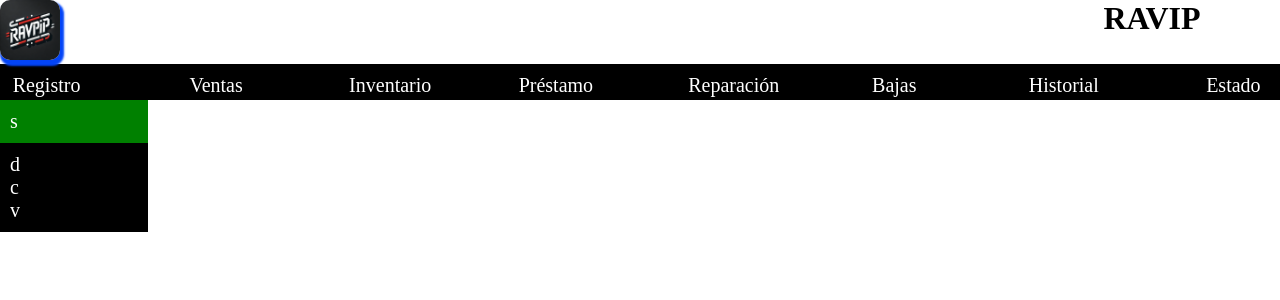
Repository: ye909/RAVPIP
Page: index.html
The author's editor kept a copy of each file at every save. The page is drawn from the files as they stood at one save, then again after the next save.
The browser window is 1280 px wide. The pictures show the whole page.

Above is the page before, as saved 2025-04-03 17:46:16.
Not found: src/js/ya

### index.html
<!DOCTYPE html>
<html lang="es">
<head>
    <meta charset="UTF-8">
    <meta name="viewport" content="width=device-width, initial-scale=1.0">
    <title>Estado</title>
    <link rel="stylesheet" href="./src/css/heder.css">
</head>
<body>

    <div class="containerTituloLogo">
        <div><img src="./src/imagenes/logo2.webp" alt="Logo" class="imglogo"></div>
        <h1>RAVIP</h1>

    </div>
    <nav>
        <ul>
            <li><a href="./src/templei/registroPortatil.html" target="_self" aria-label="Abrir Registro">Registro</a></li>
            <li><a href="./src/templei/ventasPortatil.html" target="_self" aria-label="Abrir Ventas">Ventas</a></li>
            <li><a href="">Inventario</a></li>
            <li><a href="./src/templei/prestamoPortatil.html" target="_self" aria-label="Abrir >Préstamo">Préstamo</a></li>
            <li><a href="./src/templei/reparacionPortatil.html" target="_self" aria-label="Abrir Reparación">Reparación</a></li>
            <li><a href="./src/templei/bajasPortatil.html" target="_self" aria-label="Abrir Bajas">Bajas</a></li>
            <li><a href="./src/templei/historial.html" target="_self" aria-label="Abrir Historial">Historial</a></li>
            <li><a href="" id="itemEstado"target="_self" aria-label="Abrir Estado">Estado</a></li>
        </ul>
    </nav>

       <aside>
        <div class="cajaverde">s</div>
       <div class="sudmenu">
        <div>d</div>
        <div>c</div>
        <div></div>
        <div>v</div>
       </div>
       </aside>
       <section>

       </section>
<!--


    <div class="containerProgreso" id="containerProgreso">
        <div class="subcontainerProgreso"><p id="contadorProgreso1"><span class="tituloProceso">Historial</span> <br> 0%</p></div>
        <div class="subcontainerProgreso"><p id="contadorProgreso2"><span class="tituloProceso">Reparado</span> <br> 0%</p></div>
        <div class="subcontainerProgreso"><p id="contadorProgreso3"><span class="tituloProceso">Nuevo</span> <br> 0%</p></div>
        <div class="subcontainerProgreso"><p id="contadorProgreso4"><span class="tituloProceso">Disponible</span> <br> 0%</p></div>
        <div class="subcontainerProgreso"><p id="contadorProgreso5"><span class="tituloProceso">Stock</span> <br> 0%</p></div>
    </div>

    <div>
        <aside>
<div>color verde</div>

        </aside>
    </div> -->
    <script src="./src/js/heder.js"></script>
    <script src="./src/js/ya"></script>
</body>
</html>

### src/css/heder.css
*{
  margin: 0;
  padding: 0;
  background-attachment: fixed;
  background-size: cover;
  transition:0.6 ;
}
.containerTituloLogo {
  display: flex;
  justify-content: space-between;
}
.containerTituloLogo h1 {
  font-size: clamp(2rem, 6vw ,2rem );
  text-align: center;
  flex-grow: 1;

}
.containerTituloLogo img{
width: min(60px, 100%);
border-radius:10px ;
box-shadow: 2px 4px 2px 2px rgb(3, 68, 247);
}
nav{
  width: 100%;
  background:black;
  height: 5vh;

}
ul{
  display: flex;
  justify-content: space-between;
  text-align: center;
  flex-flow: row;
  flex-wrap: wrap;
  padding: 10px;
  list-style: none;
}
li{
  width: 5.8%;
  height: 3.8vh;
}

 a{
  text-decoration: none;

}

:is(.colormenu,.sudmenu){
  background:black;
}
:is(a,aside){
  color:white;
  font-size: 20px;
}
:is(.colormenu,.cajaverde,.sudmenu){
  width: 10%;
  padding: 10px;
}
:is(li:hover,.cajaverde){

  background:green;
}
.sudmenu a {
  position: absolute; /* Position them relative to the browser window */
  left: -80px; /* Position them outside of the screen */
  transition: 0.3s; /* Add transition on hover */
  padding: 15px; /* 15px padding */
  width: 100px; /* Set a specific width */
  text-decoration: none; /* Remove underline */
  font-size: 20px; /* Increase font size */
  color: white; /* White text color */
  border-radius: 0 5px 5px 0; /* Rounded corners on the top right and bottom right side */
}

.sudmenu a:hover {
  left: 0; /* On mouse-over, make the elements appear as they should */
}
/*


header {
    background-color: #f8f9fa;
    padding: 5px;
    border-bottom: 1px solid #dddddd;
    display: flex;
    flex-direction: column;
    align-items: center;
    gap: 10px;
}


.containerTituloLogo,.containerProgreso{
    display: flex;
    justify-content: center;
    align-items: center;
    gap: 20px;
    flex-wrap: wrap;
    width: 100%;
    padding: 20px;
}
.imglogo {
    object-fit: cover;
    width: 70px;
    height: auto;
    flex-shrink: 0;
    border-radius: 6px;
}

nav ul {
    display: flex;
    justify-content: center;
    gap: 15px;
    list-style: none;
    padding: 0;
    margin: 0;
    flex-wrap: wrap;
}

nav ul li {

    padding: 5px 10px;
    cursor: pointer;
}
a{
    text-decoration: none;
}
a:hover{
    border-bottom:black 2px solid;
}
.containerProgreso{


    display: none;
}

 .containerProgreso p {
    text-align: center;
    font-size: clamp(0.7rem, 7vw ,0.7rem );
    font-weight: bolder;
}

 .subcontainerProgreso{
    width: 4%;
    height: 7vh;
    background: rgb(254, 251, 251);
    padding: 10px;
    border-radius: 80px;
 box-shadow: 1px 1px 1px 1px black;
    border-top: 2px solid #0817f5;
    border-left: 2px solid #1bf806;
} */
<<<<<<< HEAD

  /* Estilo general
  body {
    font-family: 'Arial', sans-serif;
    background-color: #f4f4f4;
    color: #333;
  }

  Estilo de la cabecera
  header {
    background-color: #333;
    color: white;
    padding: 20px 0;
    display: flex;
    justify-content: space-between;
    align-items: center;
    padding: 10px 20px;
  }

  header .logo h1 {
    font-size: 30px;
  }

  header nav ul {
    list-style: none;
    display: flex;
    gap: 20px;
  }

  header nav ul li a {
    text-decoration: none;
    color: white;
    font-weight: bold;
  }

  Estilo de la sección de tarjetas
  .product-cards {
    padding: 50px 20px;
    text-align: center;
    background-color: #fff;
  }

  .product-cards h2 {
    margin-bottom: 30px;
    font-size: 28px;
  }

  .cards-container {
    display: grid;
    grid-template-columns: repeat(auto-fill, minmax(250px, 1fr));
    gap: 20px;
    justify-items: center;
  }

  .card {
    background-color: #fff;
    border-radius: 10px;
    box-shadow: 0 2px 10px rgba(0, 0, 0, 0.1);
    overflow: hidden;
    width: 300px;
    text-align: center;
    padding: 20px;
  }

  .card img {
    width: 100%;
    height: auto;
    border-radius: 10px;
  }

  .card h3 {
    margin: 15px 0;
    font-size: 22px;
  }

  .card p {
    font-size: 16px;
    margin-bottom: 20px;
  }

  .card button {
    background-color: #333;
    color: white;
    border: none;
    padding: 10px 20px;
    font-size: 16px;
    cursor: pointer;
    border-radius: 5px;
  }

  .card button:hover {
    background-color: #555;
  }

  /* Estilo de pie de página
  footer {
    background-color: #333;
    color: white;
    padding: 20px;
    text-align: center;
  }



.card img{
  object-fit: cover;
  width: min(100px,80%);
}
footer{
    display: flex;

}
.footer-content p {
    font-size: clamp(0.5m, 1vw, 0.6rem);
  }
=======

>>>>>>> alexcasa

### src/js/heder.js




// const itemEstado=document.getElementById('itemEstado');
// const containerProgreso=document.getElementById('containerProgreso');


// itemEstado.addEventListener('click',(e)=>{
//     e.preventDefault();
//     containerProgreso.style.display='inline';
//     containerProgreso.style.display='flex';
// });


// // Si deseas agregar una funcionalidad adicional como redirigir al usuario al hacer clic en los botones, puedes usar este código.

// const buttons = document.querySelectorAll('.card button');

// buttons.forEach(button => {
//   button.addEventListener('click', () => {
//     alert('Serás redirigido a la página del producto.');
//     // Aquí puedes redirigir al usuario a la página del producto
//     // window.location.href = 'producto.html'; // Por ejemplo
//   });
// });

After the next save:
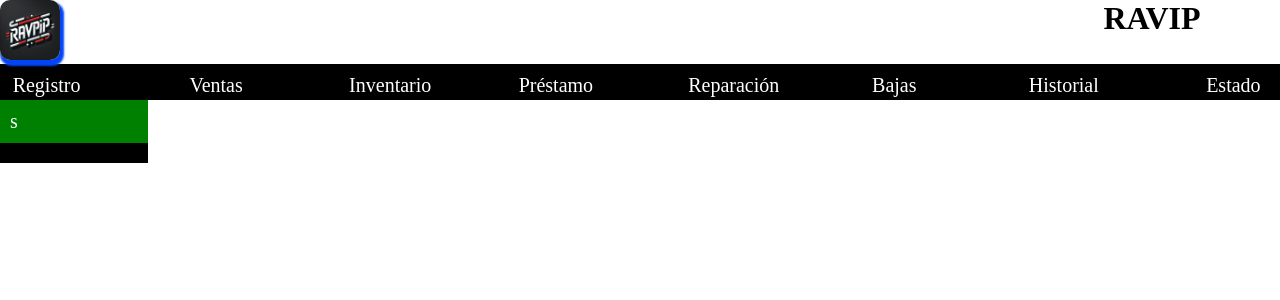
Saved 90 s later.
--- a/index.html
+++ b/index.html
@@ -1,11 +1,13 @@
 <!DOCTYPE html>
 <html lang="es">
+
 <head>
     <meta charset="UTF-8">
     <meta name="viewport" content="width=device-width, initial-scale=1.0">
     <title>Estado</title>
     <link rel="stylesheet" href="./src/css/heder.css">
 </head>
+
 <body>
 
     <div class="containerTituloLogo">
@@ -15,30 +17,33 @@
     </div>
     <nav>
         <ul>
-            <li><a href="./src/templei/registroPortatil.html" target="_self" aria-label="Abrir Registro">Registro</a></li>
+            <li><a href="./src/templei/registroPortatil.html" target="_self" aria-label="Abrir Registro">Registro</a>
+            </li>
             <li><a href="./src/templei/ventasPortatil.html" target="_self" aria-label="Abrir Ventas">Ventas</a></li>
             <li><a href="">Inventario</a></li>
-            <li><a href="./src/templei/prestamoPortatil.html" target="_self" aria-label="Abrir >Préstamo">Préstamo</a></li>
-            <li><a href="./src/templei/reparacionPortatil.html" target="_self" aria-label="Abrir Reparación">Reparación</a></li>
+            <li><a href="./src/templei/prestamoPortatil.html" target="_self" aria-label="Abrir >Préstamo">Préstamo</a>
+            </li>
+            <li><a href="./src/templei/reparacionPortatil.html" target="_self"
+                    aria-label="Abrir Reparación">Reparación</a></li>
             <li><a href="./src/templei/bajasPortatil.html" target="_self" aria-label="Abrir Bajas">Bajas</a></li>
             <li><a href="./src/templei/historial.html" target="_self" aria-label="Abrir Historial">Historial</a></li>
-            <li><a href="" id="itemEstado"target="_self" aria-label="Abrir Estado">Estado</a></li>
+            <li><a href="" id="itemEstado" target="_self" aria-label="Abrir Estado">Estado</a></li>
         </ul>
     </nav>
 
-       <aside>
+    <aside>
         <div class="cajaverde">s</div>
-       <div class="sudmenu">
-        <div>d</div>
-        <div>c</div>
-        <div></div>
-        <div>v</div>
-       </div>
-       </aside>
-       <section>
+        <div class="sudmenu" id="sudmenu">
+            <a href="#" id="about">About</a>
+            <a href="#" id="blog">Blog</a>
+            <a href="#" id="projects">Projects</a>
+            <a href="#" id="contact">Contact</a>
+        </div>
+    </aside>
+    <section>
 
-       </section>
-<!--
+    </section>
+    <!--
 
 
     <div class="containerProgreso" id="containerProgreso">
@@ -58,4 +63,5 @@
     <script src="./src/js/heder.js"></script>
     <script src="./src/js/ya"></script>
 </body>
+
 </html>
